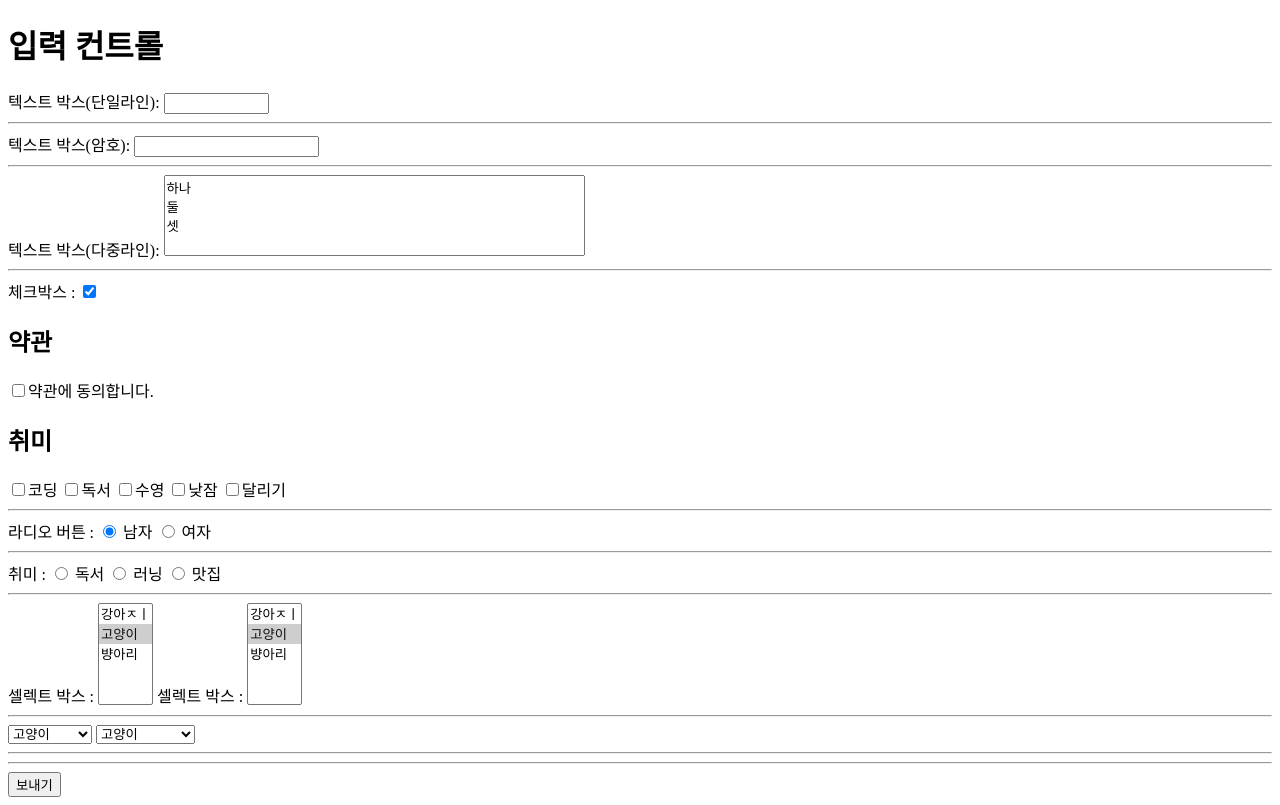
Repository: dnjs0/HCJ
Page: ClientTest/src/main/webapp/ex19_form.html
The author's editor kept a copy of each file at every save. The page is drawn from the files as they stood at one save, then again after the next save.
The browser window is 1280 px wide. The pictures show the whole page.

Above is the page before, as saved 2025-02-12 05:03:41.

### ClientTest/src/main/webapp/ex19_form.html
<!DOCTYPE html>
<html lang="ko">
<head>
	<meta charset="UTF-8">
	<title>Insert title here</title>
</head>
<body>
    <!--

        form의 자식 ㅌ태그

        <input>
        - 단독 태그
        - 인라인 태그
        - input.type : 입력 컨트롤 종류
        - input.name : 서버로 전송할 사용하는 식별자
        - input.id : 식별자. CSS, JavaScript 에서 주로 사용
        - input.class : 식별자. CSS, JavaScript 에서 주로 사용
        - input.size : 컨트롤의 너비, 입력받는 글자수
        - input.maxlength : 최대 입력 문자 수  + 유효성 검사
        - input.value : 컨트롤의 (현재) 입력값
        - input.readonly : 읽기전용. 플래그형 입력(X) + 서버 전송(O)
        - input.disabled : 비활성화 플래그형 입력(X) + 서버 전송(X)
        - input.accesskey : 바로가기(= 니모닉, Nemonic) Alt+키
        - input.title : 풍선 도움말(주로 컨트롤에서 사용한다.)
        - input.autofocus : 자동 포커스, 플래그형




    -->

    <h1 title="이곳에 나이를 입력하세요">입력 컨트롤</h1>
    <form method="GET" action="ex18_ok.jsp">
        <label for="text">텍스트 박스(단일라인):</label>
        <input type="text" name = "data" size = "10" maxlength="5" accesskey="s"
        title="이곳에 나이를 입력하세요">
        <hr>


        <!--
            암호 상자,Password Box, Masked TextBox
            - 대부분의 속성이 텍스트 박스와 동일
            - value 속성 사용 금지!!!!
         -->

         텍스트 박스(암호):
         <input type ="password" name ="pw">
         <hr>


         <!--

            다중라인 텍스트 박스
            - <textarea></textarea>
            - 쌍태그, 인라인 태그
            - 대부분의 속성은 텍스트 박스와 동일
            - maxlength 속성이 없다.
            - value 속성이 없다.

          -->
         텍스트 박스(다중라인):
         <textarea style="resize:none;" cols="50" rows="5">하나
둘
셋</textarea>

         <hr>
         <!--
            체크박스
            - 논리값 입력
            - 단일 선택 or 다중 선택

          -->

         체크박스 : <input type = "checkbox" checked>
         <h2>약관</h2>

         <!-- <input type="checkbox" id="cb1"><label for="cb1">약관에 동의합니다.</label>  -->
         <label><input type="checkbox" >약관에 동의합니다.</label>



         <h2>취미</h2>

         <label><input type = "checkbox">코딩</label>
         <label><input type = "checkbox">독서</label>
         <label><input type = "checkbox">수영</label>
         <label><input type = "checkbox">낮잠</label>
         <label><input type = "checkbox">달리기</label>
         <hr>

         <!--
            라디오 버튼
            - 단일 선택
          -->

         라디오 버튼 :
         <input type="radio" name ="rb1" checked="checked"> 남자
         <input type="radio" name = "rb1"> 여자

         <hr>

         취미 :
         <input type="radio" name ="rb2"> 독서
         <input type="radio" name ="rb2"> 러닝
         <input type="radio" name ="rb2"> 맛집

         <hr>

         <!--
            셀렉트 박스
            -콤보 박스, 드랍다운 리스트
            - 단일 선택, 다중선택
          -->


         셀렉트 박스 :
         <select size=5>
            <option>강아ㅈㅣ</option>
            <option selected="selected">고양이</option>
            <option>뱡아리</option>
         </select>




         셀렉트 박스 :
         <select size=5 multiple="multiple">
            <option>강아ㅈㅣ</option>
            <option selected="selected">고양이</option>
            <option>뱡아리</option>
         </select>

         <hr>

         <select >
            <option>고양이</option>
            <option>강아지</option>
            <option>이구아나</option>
            <option>장수풍뎅이</option>
            <option>뱀</option>
            <option>앵무새</option>
            <option>귀뚜라미</option>
            <option>도마뱀</option>
            <option>햠스터</option>
         </select>


         <select >
            <optgroup label ="포유류">
                <option>고양이</option>
                <option>강아지</option>
                <option>햠스터</option>
            </optgroup>
            <optgroup label ="파충류">
                <option>이구아나</option>
                <option>뱀</option>
                <option>도마뱀</option>
            </optgroup>
            <optgroup label ="기타">
            <option>장수풍뎅이</option>
            <option>앵무새</option>
            <option>귀뚜라미</option>
            </optgroup>


         </select>

         <hr>
         <!-- 파일 업로드 -->


         <hr>
         <input type="submit" value="보내기">
    </form>
</body>
</html>

After the next save:
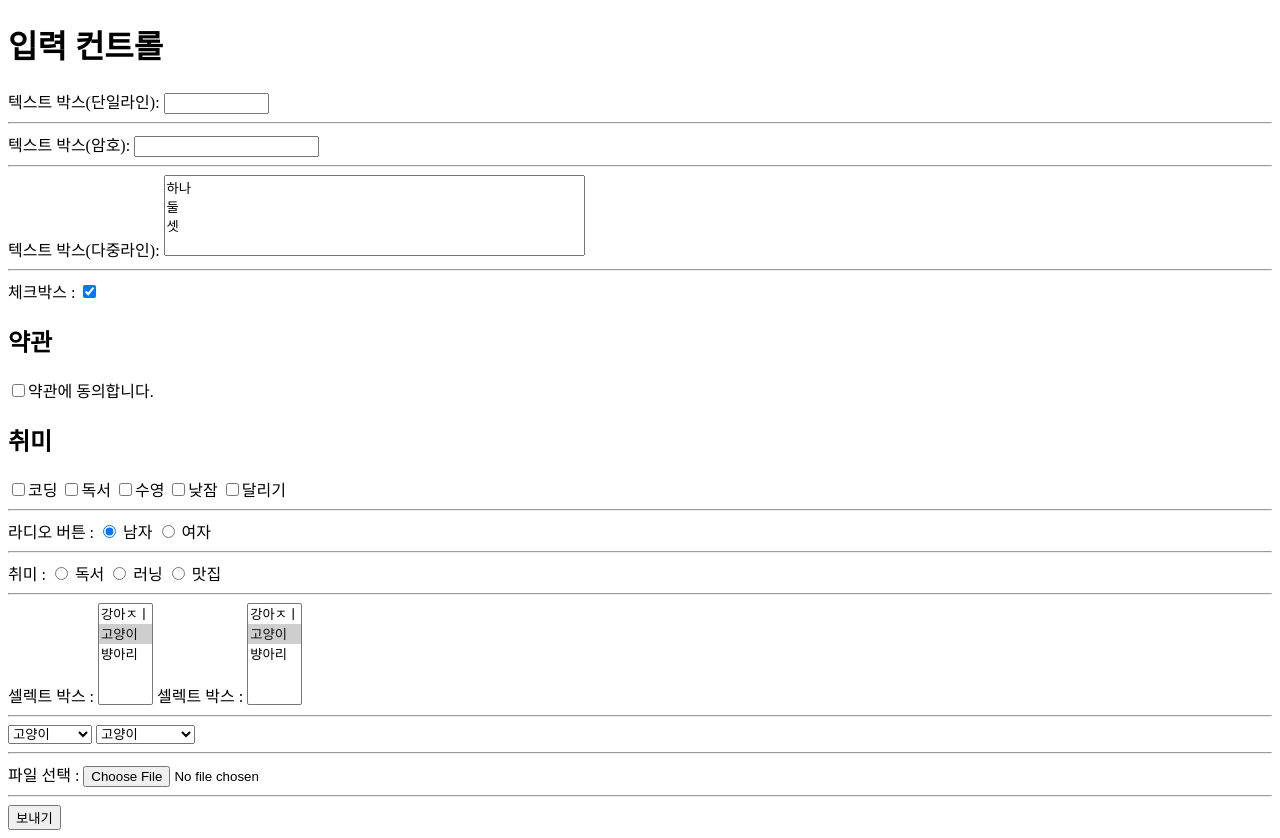
Saved 88 s later.
--- a/ClientTest/src/main/webapp/ex19_form.html
+++ b/ClientTest/src/main/webapp/ex19_form.html
@@ -167,8 +167,11 @@
          </select>
 
          <hr>
-         <!-- 파일 업로드 -->
-
+         <!-- 파일 업로드
+            - 첨부 파일
+            - OpenFileDialog > 파일 열기 대화상자
+          -->
+         파일 선택 : <input type="file">
 
          <hr>
          <input type="submit" value="보내기">
